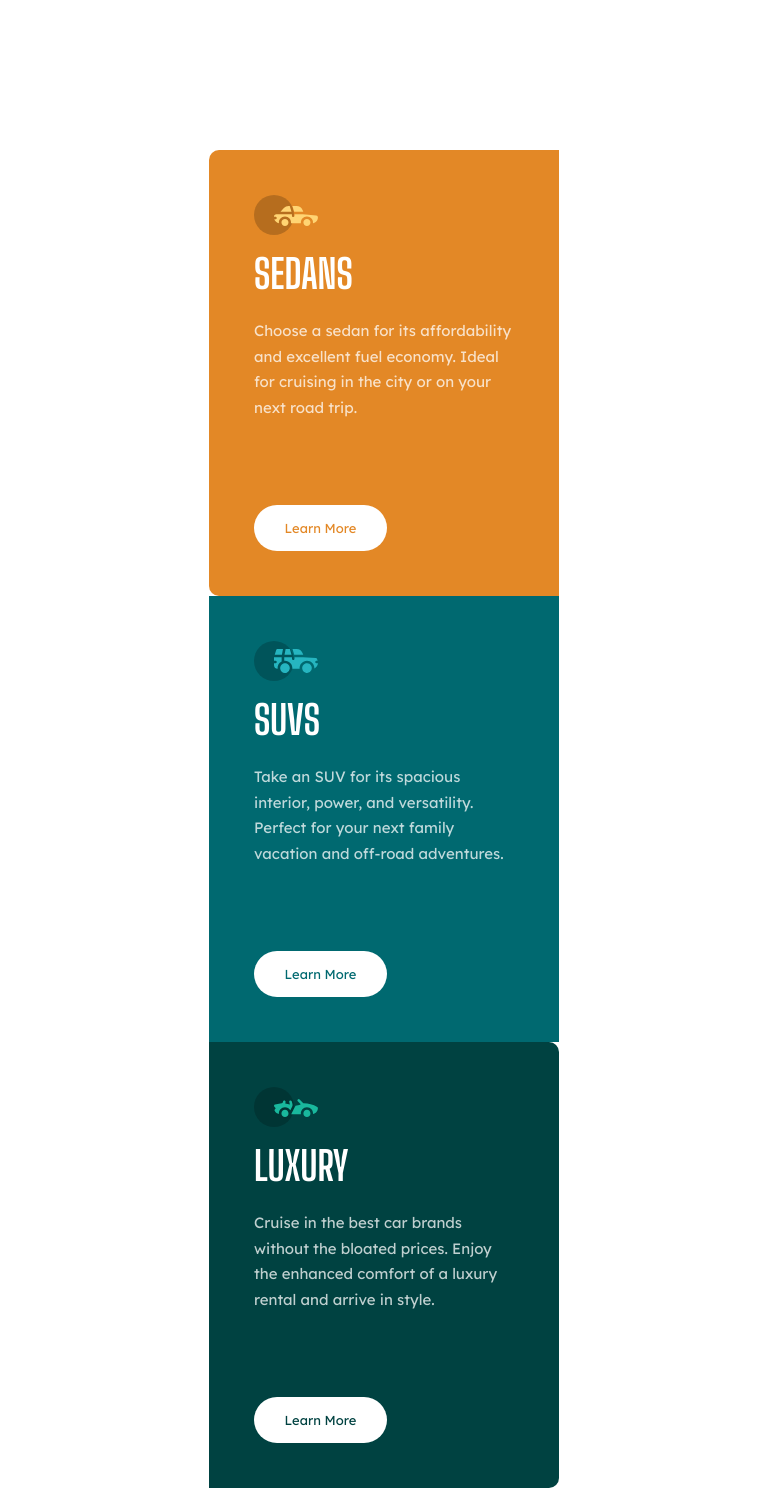
Repository: KamoliddinGIT/column-preview-card
Page: index.html
These files come from the project's save history. The page is drawn as it stood at one moment and after the next save; the edit follows.
The browser window is 768 px wide. The pictures show the whole page.

Above is the page before, as saved 2023-09-15 17:09:22.

### index.html
<!DOCTYPE html>
<html lang="en">
  <head>
    <meta charset="UTF-8" />
    <meta name="viewport" content="width=device-width, initial-scale=1.0" />
    <link
      rel="icon"
      type="image/png"
      sizes="32x32"
      href="./images/favicon-32x32.png"
    />
    <link
      href="https://fonts.googleapis.com/css2?family=Lexend+Deca&display=swap"
      rel="stylesheet"
    />
    <link
      href="https://fonts.googleapis.com/css2?family=Big+Shoulders+Display:wght@400;700&display=swap"
      rel="stylesheet"
    />
    <link rel="stylesheet" href="./css/style.css" />
    <title>3-column preview card component</title>
  </head>
  <body>
    <div class="container">
      <div class="card card__1">
        <img src="./images/icon-sedans.svg" alt="sedans" />
        <h1>SEDANS</h1>
        <p>
          Choose a sedan for its affordability and excellent fuel economy. Ideal
          for cruising in the city or on your next road trip.
        </p>
        <a href="#">Learn More</a>
      </div>
      <div class="card card__2">
        <img src="./images/icon-suvs.svg" alt="suvs" />
        <h1>SUVS</h1>
        <p>
          Take an SUV for its spacious interior, power, and versatility. Perfect
          for your next family vacation and off-road adventures.
        </p>
        <a href="#">Learn More</a>
      </div>
      <div class="card card__3">
        <img src="./images/icon-luxury.svg" alt="icon-luxury" />
        <h1>LUXURY</h1>
        <p>
          Cruise in the best car brands without the bloated prices. Enjoy the
          enhanced comfort of a luxury rental and arrive in style.
        </p>
        <a href="#">Learn More</a>
      </div>
    </div>
  </body>
</html>

### css/style.css
* {
  margin: 0;
  padding: 0;
  box-sizing: border-box;
}

body {
  padding: 70px;
  display: flex;
  justify-content: center;
  align-items: center;
  width: 100%;
  height: 100vh;
}

.container {
  display: flex;
  flex-direction: row;
  border-radius: 10px;
  max-width: 900px;
  width: 900px;
  height: 500px;
  color: hsla(0, 0%, 100%, 0.75);
}

.card__1 {
  max-width: 400px;
  width: 350px;
  height: 100%;
  background-color: hsl(31, 77%, 52%);
  border-top-left-radius: 10px;
  border-bottom-left-radius: 10px;
  padding: 45px;
}

.card__2 {
  max-width: 400px;
  width: 350px;
  height: 100%;
  background-color: hsl(184, 100%, 22%);
  padding: 45px;
}

.card__3 {
  max-width: 400px;
  width: 350px;
  height: 100%;
  background-color: hsl(179, 100%, 13%);
  border-top-right-radius: 10px;
  border-bottom-right-radius: 10px;
  padding: 45px;
}

.card {
  padding: 45px;
  display: flex;
  flex-direction: column;
}

.card h1 {
  font-family: "Big Shoulders Display", cursive;
  color: #fff;
  text-transform: uppercase;
  margin-top: 15px;
  margin-bottom: 20px;
  font-size: 40px;
}

.card img {
  width: 64px;
  height: 40px;
}

.card p {
  font-family: "Lexend Deca", sans-serif;
  margin: 0 0 50px;
  font-size: 15px;
  line-height: 1.7;
}

.card__1 a {
  display: flex;
  justify-content: center;
  align-items: center;
  font-size: 13px;
  width: 133px;
  text-decoration: none;
  font-family: "Lexend Deca", sans-serif;
  color: hsl(31, 77%, 52%);
  background: #fff;
  margin-top: 35px;
  border-radius: 50px;
  padding: 15px 10px;
}

.card__1 a:hover {
  font-size: 13px;
  display: flex;
  justify-content: center;
  align-items: center;
  border: 2px solid #fff;
  cursor: pointer;
  transition: 0.3s ease;
  background: hsl(31, 77%, 52%);
  font-family: "Lexend Deca", sans-serif;
  color: #fff;
}

.card__2 a {
  display: flex;
  justify-content: center;
  align-items: center;
  font-size: 13px;
  width: 133px;
  text-decoration: none;
  font-family: "Lexend Deca", sans-serif;
  color: hsl(184, 100%, 22%);
  background: #fff;
  margin-top: 35px;
  border-radius: 50px;
  padding: 15px 10px;
}

.card__2 a:hover {
  font-size: 13px;
  display: flex;
  justify-content: center;
  align-items: center;
  border: 2px solid #fff;
  cursor: pointer;
  transition: 0.3s ease;
  background: hsl(184, 100%, 22%);
  font-family: "Lexend Deca", sans-serif;
  color: #fff;
}

.card__3 a {
  display: flex;
  justify-content: center;
  align-items: center;
  font-size: 13px;
  width: 133px;
  text-decoration: none;
  font-family: "Lexend Deca", sans-serif;
  color: hsl(179, 100%, 13%);
  background: #fff;
  margin-top: 35px;
  border-radius: 50px;
  padding: 15px 10px;
}

.card__3 a:hover {
  font-size: 13px;
  display: flex;
  justify-content: center;
  align-items: center;
  border: 2px solid #fff;
  cursor: pointer;
  transition: 0.3s ease;
  background: hsl(179, 100%, 13%);
  font-family: "Lexend Deca", sans-serif;
  color: #fff;
}

/* media-css */

@media only screen and (max-width: 950px) {
  body {
    padding: 50px;
  }
  .container {
    max-width: 950px;
    width: 100%;
  }
}

@media only screen and (max-width: 800px) {
  body {
    padding: 20px;
  }
  .container {
    align-items: center;
    flex-direction: column;
  }
}

@media only screen and (max-width: 400px) {
  body {
    padding: 20px 20px;
  }
  .container {
    max-width: 400px;
    width: 100%;
    margin-bottom: 40px;
  }
  .card {
    padding: 35px;
    width: 100%;
  }
  .card__1 {
    border-top-right-radius: 10px;
    border-top-left-radius: 10px;
    border-bottom-left-radius: 0;
  }
  .card__3 {
    padding-bottom: 25px;
    border-top-right-radius: 0;
    border-bottom-right-radius: 10px;
    border-bottom-left-radius: 10px;
  }
}

After the next save:
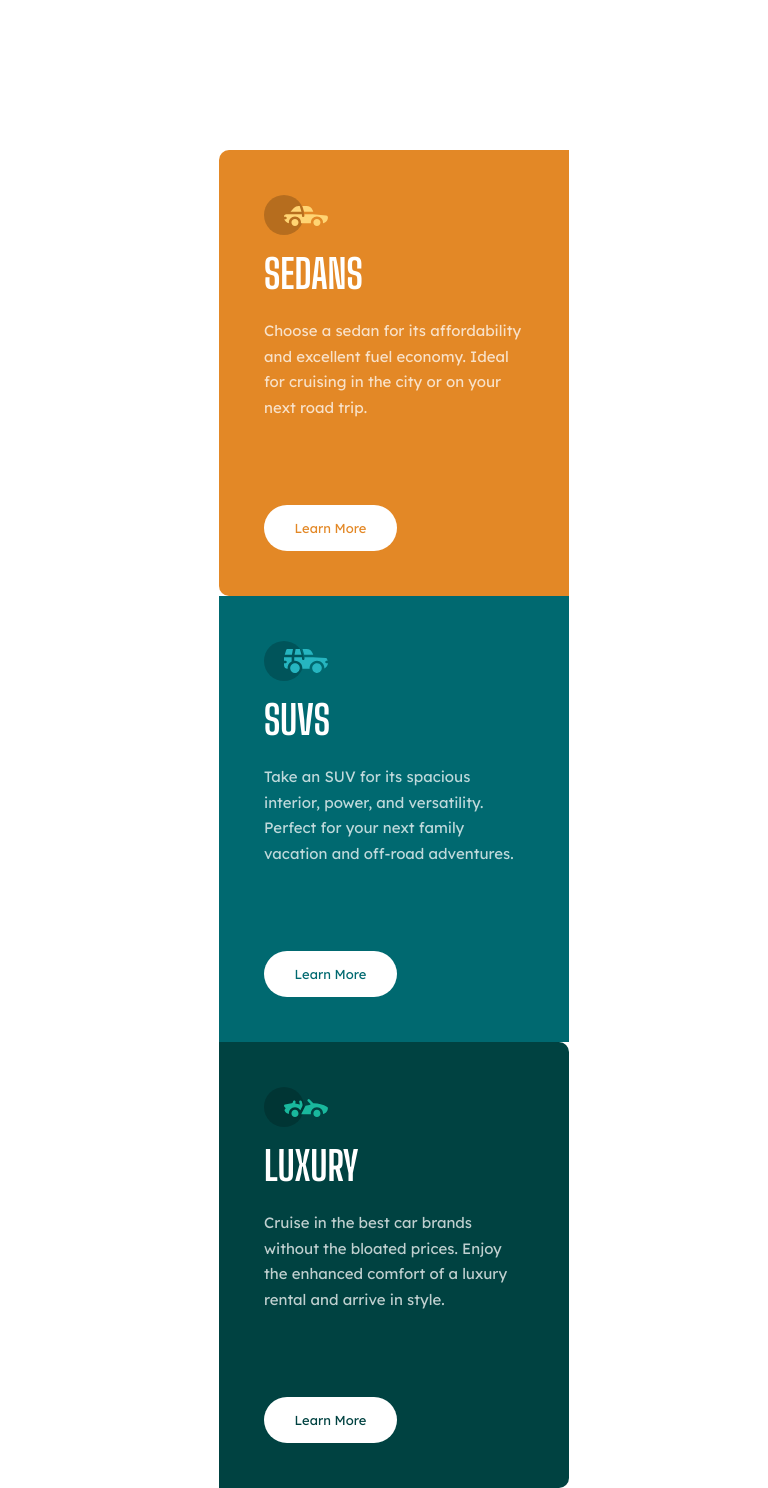
Saved 20 s later.
--- a/css/style.css
+++ b/css/style.css
@@ -176,7 +176,7 @@
 
 @media only screen and (max-width: 800px) {
   body {
-    padding: 20px;
+    padding: 0 0 0 20px;
   }
   .container {
     align-items: center;

After the 2 saves that followed:
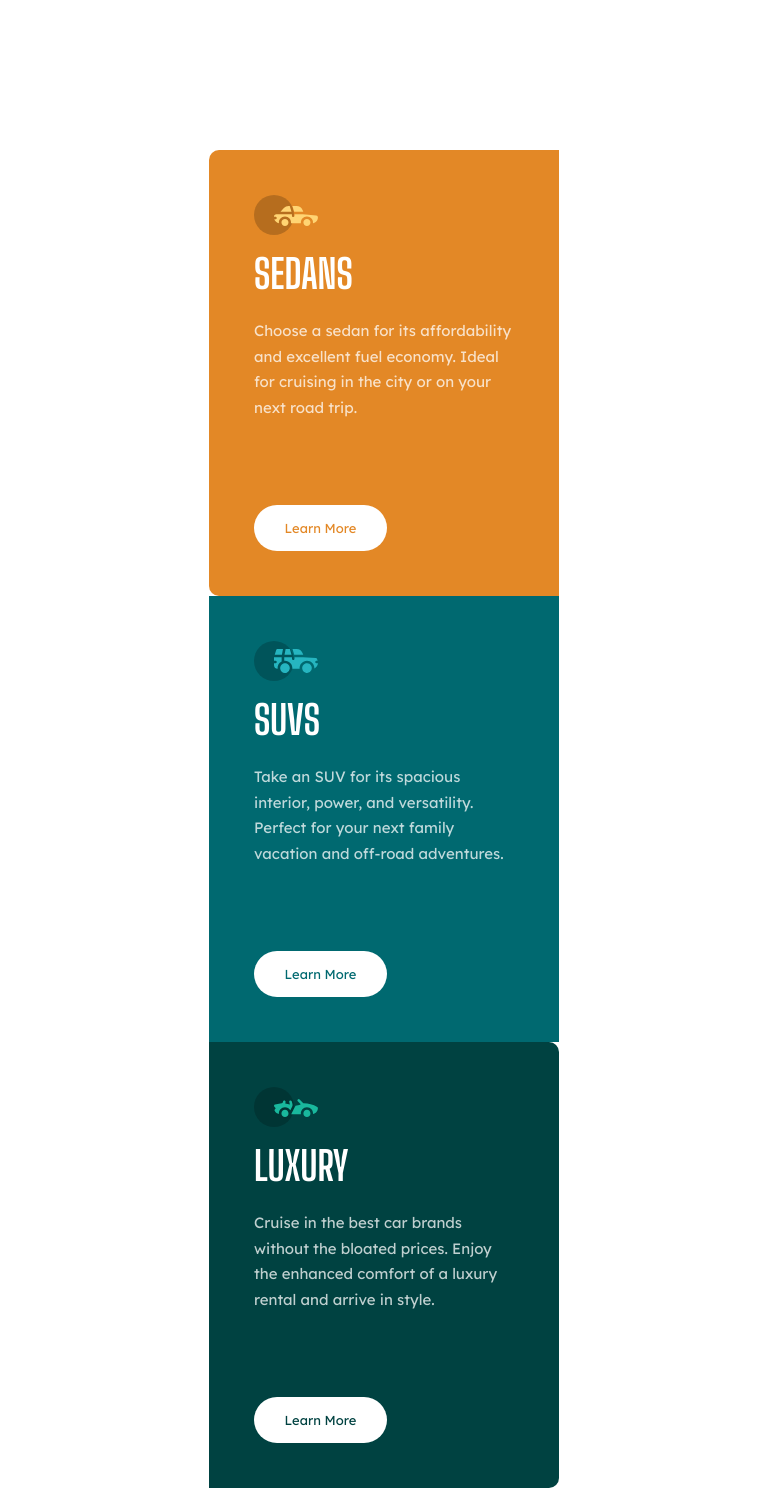
The 2 saves are shown as one change because they came seconds apart.
The last was saved 8 s later.
--- a/css/style.css
+++ b/css/style.css
@@ -176,7 +176,7 @@
 
 @media only screen and (max-width: 800px) {
   body {
-    padding: 0 0 0 20px;
+    /* padding: 20px; */
   }
   .container {
     align-items: center;
